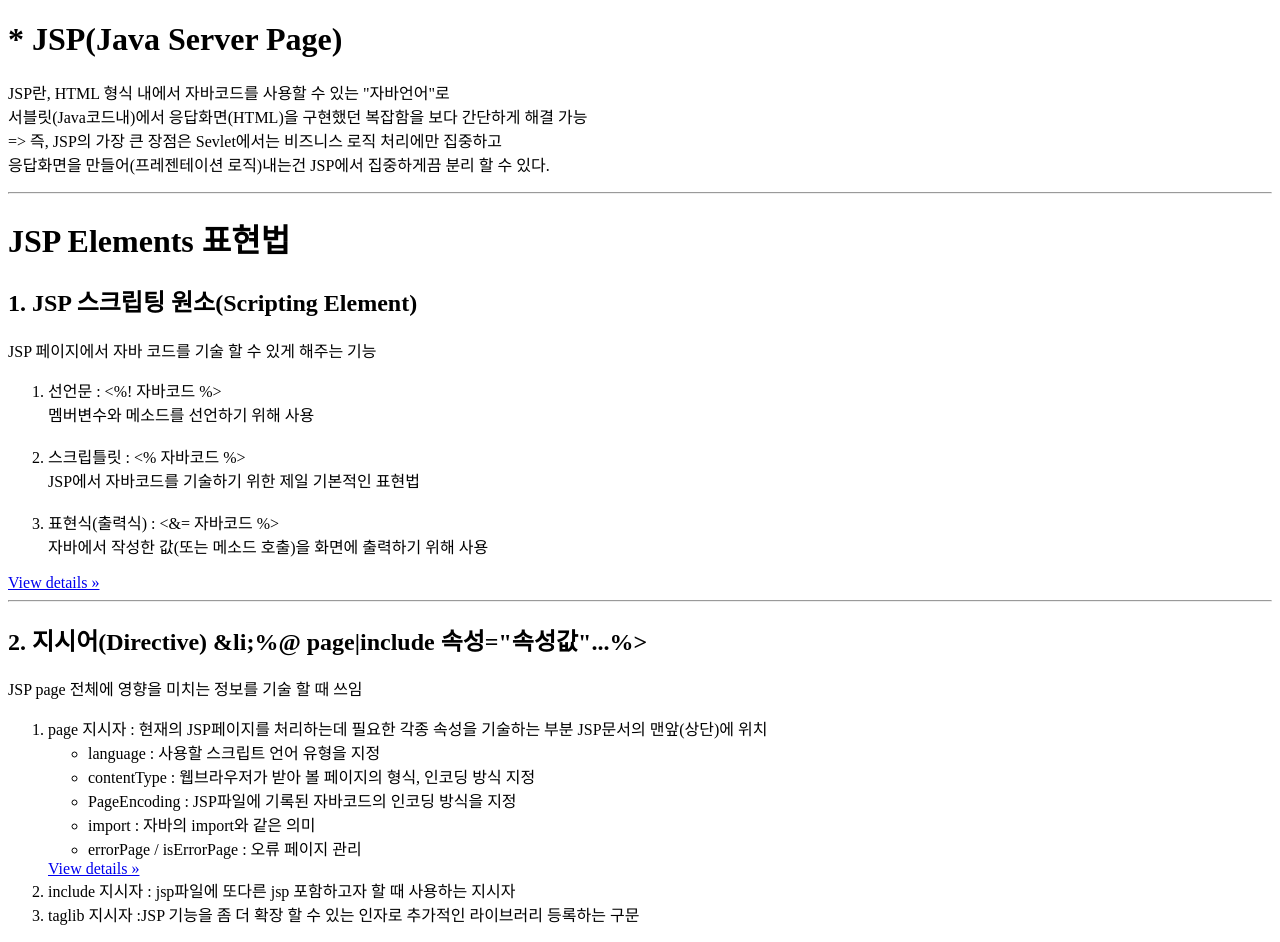
Repository: pje00427/webserver_workspace1
Page: 2_JSP/WebContent/index.html
These files come from the project's save history. The page is drawn as it stood at one moment and after the next save; the edit follows.
The browser window is 1280 px wide. The pictures show the whole page.

Above is the page before, as saved 2020-08-31 03:14:20.

### 2_JSP/WebContent/index.html
<!DOCTYPE html>
<html>
<head>
<meta charset="UTF-8">
<title>Insert title here</title>
</head>
<body>

	<h1>* JSP(Java Server Page)</h1>

	<p>
		JSP란, HTML 형식 내에서 자바코드를 사용할 수 있는 "자바언어"로 <br>
		서블릿(Java코드내)에서 응답화면(HTML)을 구현했던 복잡함을 보다 간단하게 해결 가능<br>
		=> 즉, JSP의 가장 큰 장점은 Sevlet에서는 비즈니스 로직 처리에만 집중하고 <br>
		    응답화면을 만들어(프레젠테이션 로직)내는건 JSP에서 집중하게끔 분리 할 수 있다.
	</p>
	<hr>

	<h1>JSP Elements 표현법</h1>

	<h2>1. JSP 스크립팅 원소(Scripting Element)</h2>
	<p>JSP 페이지에서 자바 코드를 기술 할 수 있게 해주는 기능</p>
	<ol>
		<li>
			선언문 : &lt;%! 자바코드 	%&gt; <br>
			멤버변수와 메소드를 선언하기 위해 사용 <br><br>
		</li>

		<li>
			스크립틀릿 : &lt;% 	자바코드 	%&gt; <br>
			JSP에서 자바코드를 기술하기 위한 제일 기본적인 표현법 <br><br>
		</li>
		<li>
			표현식(출력식) : &lt;&=  자바코드	%&gt;<br>
			자바에서 작성한 값(또는 메소드 호출)을 화면에 출력하기 위해 사용
		</li>

	</ol>

	<a href="views/01_ScriptingElement.jsp">View details &raquo;</a>
	<hr>

	<h2>2. 지시어(Directive) &li;%@ page|include 속성="속성값"...%&gt;</h2>
	<p>JSP page 전체에 영향을 미치는 정보를 기술 할 때 쓰임</p>

	<ol>
		<li>
			page 지시자 : 현재의 JSP페이지를 처리하는데 필요한 각종 속성을 기술하는 부분 JSP문서의 맨앞(상단)에 위치<br>
			<ul>
				<li>language : 사용할 스크립트 언어 유형을 지정</li>
				<li>contentType : 웹브라우저가 받아 볼 페이지의 형식, 인코딩 방식 지정</li>
				<li>PageEncoding : JSP파일에 기록된 자바코드의 인코딩 방식을 지정</li>
				<li>import : 자바의 import와 같은 의미</li>
				<li>errorPage / isErrorPage : 오류 페이지 관리</li>
			</ul>
			<a href="views/02_directivePage.jsp">View details &raquo;</a>
		</li>
		<li>
			include 지시자 : jsp파일에 또다른 jsp 포함하고자 할 때 사용하는 지시자 <br>
		</li>
		<li>
			taglib 지시자 :JSP 기능을 좀 더 확장 할 수 있는 인자로 추가적인 라이브러리 등록하는 구문 <br>
		</li>
	</ol>



</body>
</html>

After the next save:
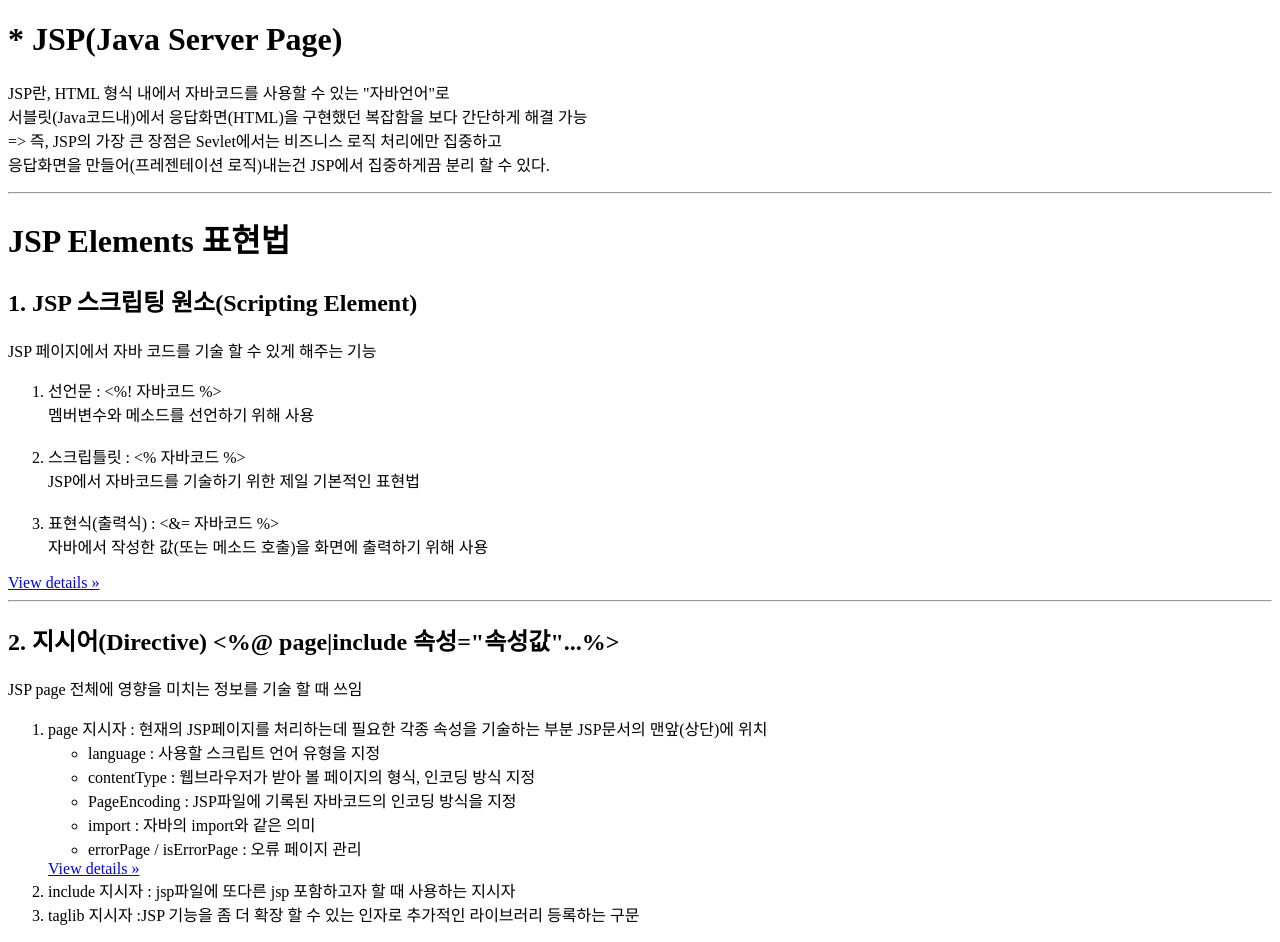
Saved 2 min 23 s later.
--- a/2_JSP/WebContent/index.html
+++ b/2_JSP/WebContent/index.html
@@ -40,7 +40,7 @@
 	<a href="views/01_ScriptingElement.jsp">View details &raquo;</a>
 	<hr>
 
-	<h2>2. 지시어(Directive) &li;%@ page|include 속성="속성값"...%&gt;</h2>
+	<h2>2. 지시어(Directive) &lt;%@ page|include 속성="속성값"...%&gt;</h2>
 	<p>JSP page 전체에 영향을 미치는 정보를 기술 할 때 쓰임</p>
 
 	<ol>
